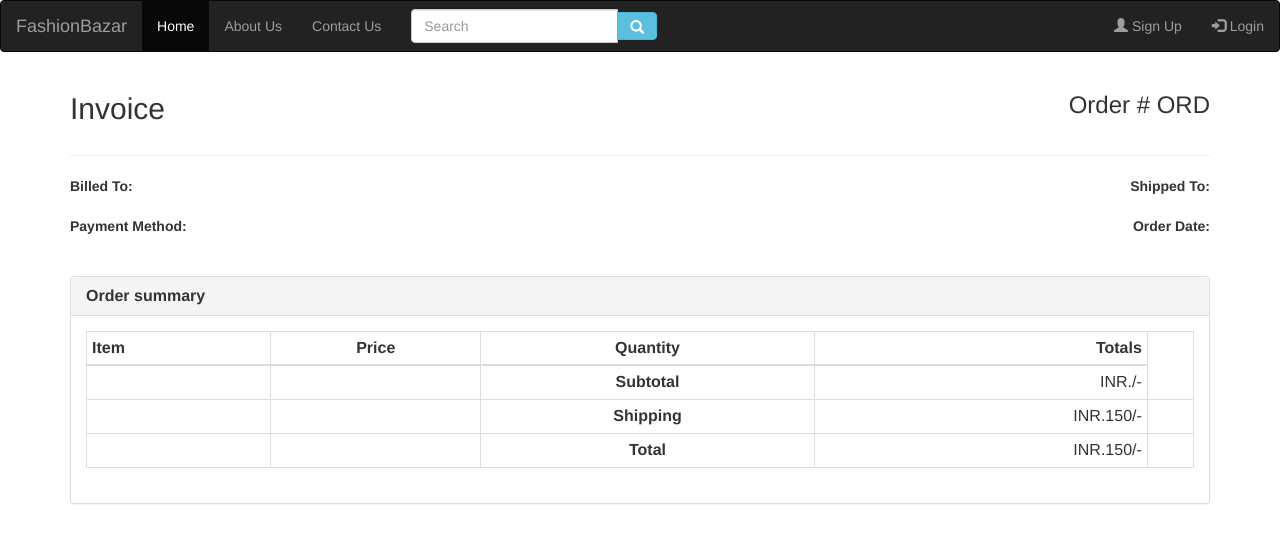
Repository: SmithaMendonca/Project-1
Page: http://localhost/FashionBazarFrontend/WEB-INF/views/Receipt.jsp
An editor plug-in stored every save of this project. The page is shown before and after the next save, followed by the edit.
The browser window is 1280 px wide. The pictures show the whole page.
The page is served by Tomcat 9. Nobody is signed in. Other server files are loaded and not shown. The template is opened directly, without the code that normally fills it, so the values that code supplies are empty.

Above is the page before, as saved 2019-06-06 05:27:50.

### FashionBazarFrontend/src/main/webapp/WEB-INF/views/Receipt.jsp
<%@include file="Header.jsp"%>
<html>
<head>
<style type="text/css">
.invoice-title h2, .invoice-title h3 {
    display: inline-block;
}

.table > tbody > tr > .no-line {
    border-top: none;
}

.table > thead > tr > .no-line {
    border-bottom: none;
}

.table > tbody > tr > .thick-line {
    border-top: 2px solid;
}
</style>
</head>
<body>
<div class="container">
    <div class="row">
        <div class="col-xs-12">
    		<div class="invoice-title">
    			<h2>Invoice</h2><h3 class="pull-right">Order # ORD${orderInfo.orderId}</h3>
    		</div>
    		<hr>
    		<div class="row">
    			<div class="col-xs-6">
    				<address>
    				<strong>Billed To:</strong><br>
    					${orderInfo.username}
    				</address>
    			</div>
    			<div class="col-xs-6 text-right">
    				<address>
        			<strong>Shipped To:</strong><br>
    					${address}
    				</address>
    			</div>
    		</div>
    		<div class="row">
    			<div class="col-xs-6">
    				<address>
    					<strong>Payment Method:</strong><br>
    					  ${orderInfo.pmode}<br>
    				</address>
    			</div>
    			<div class="col-xs-6 text-right">
    				<address>
    					<strong>Order Date:</strong><br>
    					${orderInfo.orderDate}<br>
    				</address>
    			</div>
    		</div>
    	</div>
    </div>

    <div class="row">
    	<div class="col-md-12">
    		<div class="panel panel-default">
    			<div class="panel-heading">
    				<h3 class="panel-title"><strong>Order summary</strong></h3>
    			</div>
    			<div class="panel-body">
    				<div class="table-responsive">
    					<table class="table table-bordered table-condensed">
    						<thead>
                                <tr>
        							<td><strong>Item</strong></td>
        							<td class="text-center"><strong>Price</strong></td>
        							<td class="text-center"><strong>Quantity</strong></td>
        							<td class="text-right"><strong>Totals</strong></td>
                                </tr>
    						</thead>
    						<tbody>

    							<c:forEach items="${cartItems}" var="cartItem">
    							<tr>
    								<td>${cartItem.productName}</td>
    								<td class="text-center">${cartItem.price}</td>
    								<td class="text-center">${cartItem.quantity}</td>
    								<td class="text-right">${cartItem.price*cartItem.quantity}</td>
    							</tr>
    							</c:forEach>
    							<tr>
    								<td class="thick-line"></td>
    								<td class="thick-line"></td>
    								<td class="thick-line text-center"><strong>Subtotal</strong></td>
    								<td class="thick-line text-right">INR.${grandTotal}/-</td>
    							</tr>
    							<tr>
    								<td class="no-line"></td>
    								<td class="no-line"></td>
    								<td class="no-line text-center"><strong>Shipping</strong></td>
    								<td class="no-line text-right">INR.150/-<td>
    							</tr>
    							<tr>
    								<td class="no-line"></td>
    								<td class="no-line"></td>
    								<td class="no-line text-center"><strong>Total</strong></td>
    								<td class="no-line text-right">INR.${grandTotal+150}/-</td>
    							</tr>
    						</tbody>
    					</table>
    				</div>
    			</div>
    		</div>
    	</div>
    </div>
</div>

</body>
</html>

### FashionBazarFrontend/src/main/webapp/WEB-INF/views/Header.jsp
<%@ page language="java" contentType="text/html"%>
<%@ taglib uri="http://java.sun.com/jsp/jstl/core" prefix="c"%>
<%@taglib prefix="form" uri="http://www.springframework.org/tags/form"%>
<html>
<head>
<title>Welcome to Fashion Bazar</title>
 <meta charset="utf-8">
 <meta name="viewport" content="width=device-width, initial-scale=1">
 <link rel="stylesheet" href="https://maxcdn.bootstrapcdn.com/bootstrap/3.4.0/css/bootstrap.min.css">
  <script src="https://ajax.googleapis.com/ajax/libs/jquery/3.4.0/jquery.min.js"></script>
  <script src="https://maxcdn.bootstrapcdn.com/bootstrap/3.4.0/js/bootstrap.min.js"></script>
</head>
<body>
	  <nav class="navbar navbar-inverse">
      <div class="container-fluid">
        <div class="navbar-header">
	         <a class="navbar-brand" href="#">FashionBazar</a>
        </div>
        <ul class="nav navbar-nav">
         <c:if test="${!sessionScope.loggedIn }">
	      <li class="active"><a href="index.jsp">Home</a></li>
          <li><a href="<c:url value="/aboutus"/>">About Us</a></li>
          <li><a href="<c:url value="/contactus"/>">Contact Us</a></li>
          <form class="navbar-form navbar-left">
  				<div class="input-group">
    			  <input type="text" class="form-control" placeholder="Search">
   				 	<div class="input-group-btn">
      				<button class="btn btn-info" type="button">
        				<span class="glyphicon glyphicon-search"></span>
      				</button>
    				</div>
  				</div>
			</form>
         </c:if>

         <c:if test="${sessionScope.loggedIn }">
               <c:if test="${sessionScope.role=='ROLE_ADMIN' }">
	      <li><a href="<c:url value="/category"/>">Category Management</a></li>
          <li><a href="<c:url value="/product"/>">Product Management</a></li>
               </c:if>
         </c:if>

          <c:if test="${sessionScope.loggedIn }">
              <c:if test="${sessionScope.role=='ROLE_USER' }">
           <li><a href="<c:url value="/productPage"/>">Products</a></li>
          <li><a href="<c:url value="/showCart"/>">Cart</a></li>
              </c:if>
          </c:if>
       </ul>

       <ul class="nav navbar-nav navbar-right">
         <c:if test="${!sessionScope.loggedIn }">
	     	<li><a href="<c:url value="/register"/>"><span class="glyphicon glyphicon-user"></span> Sign Up</a></li>
        	 <li><a href="<c:url value="/login"/>"><span class="glyphicon glyphicon-log-in"></span> Login</a></li>
         </c:if>

         <c:if test="${sessionScope.loggedIn }">
            <li><a href="#"><span class="glyphicon glyphicon-user"></span>Hi ${sessionScope.username}</a></li>
            <li><a href="<c:url value="/perform_logout"/>"><span class="glyphicon glyphicon-log-in"></span> Logout</a></li>
         </c:if>
       </ul>
     </div>
    </nav>
</body>
</html>

After the next save:
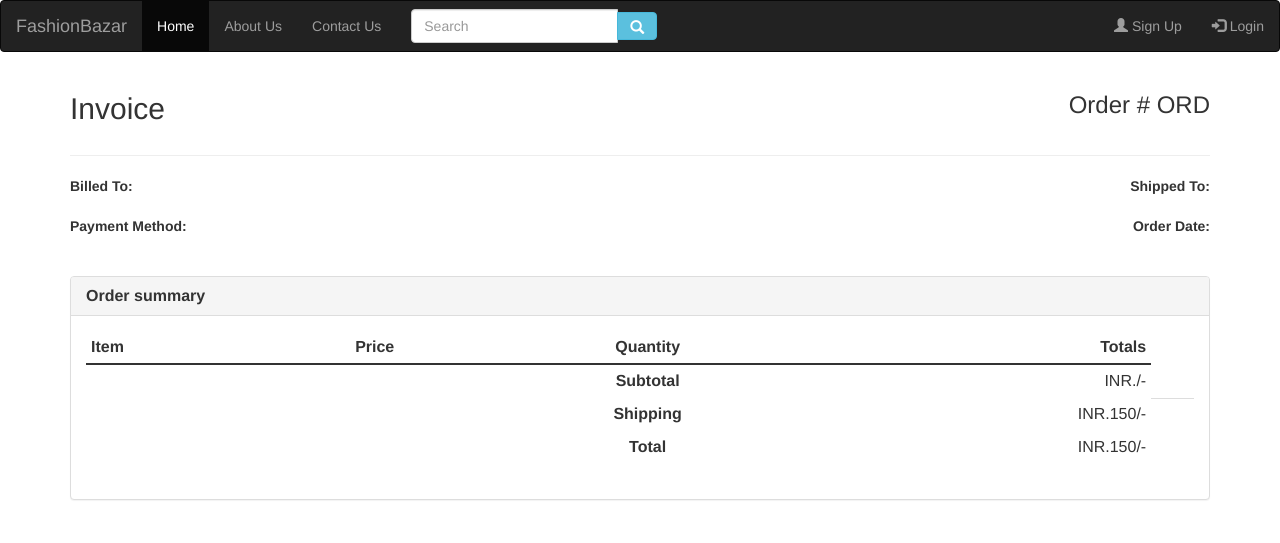
Saved 12 min 57 s later.
--- a/FashionBazarFrontend/src/main/webapp/WEB-INF/views/Receipt.jsp
+++ b/FashionBazarFrontend/src/main/webapp/WEB-INF/views/Receipt.jsp
@@ -66,7 +66,7 @@
     			</div>
     			<div class="panel-body">
     				<div class="table-responsive">
-    					<table class="table table-bordered table-condensed">
+    					<table class="table  table-condensed">
     						<thead>
                                 <tr>
         							<td><strong>Item</strong></td>
